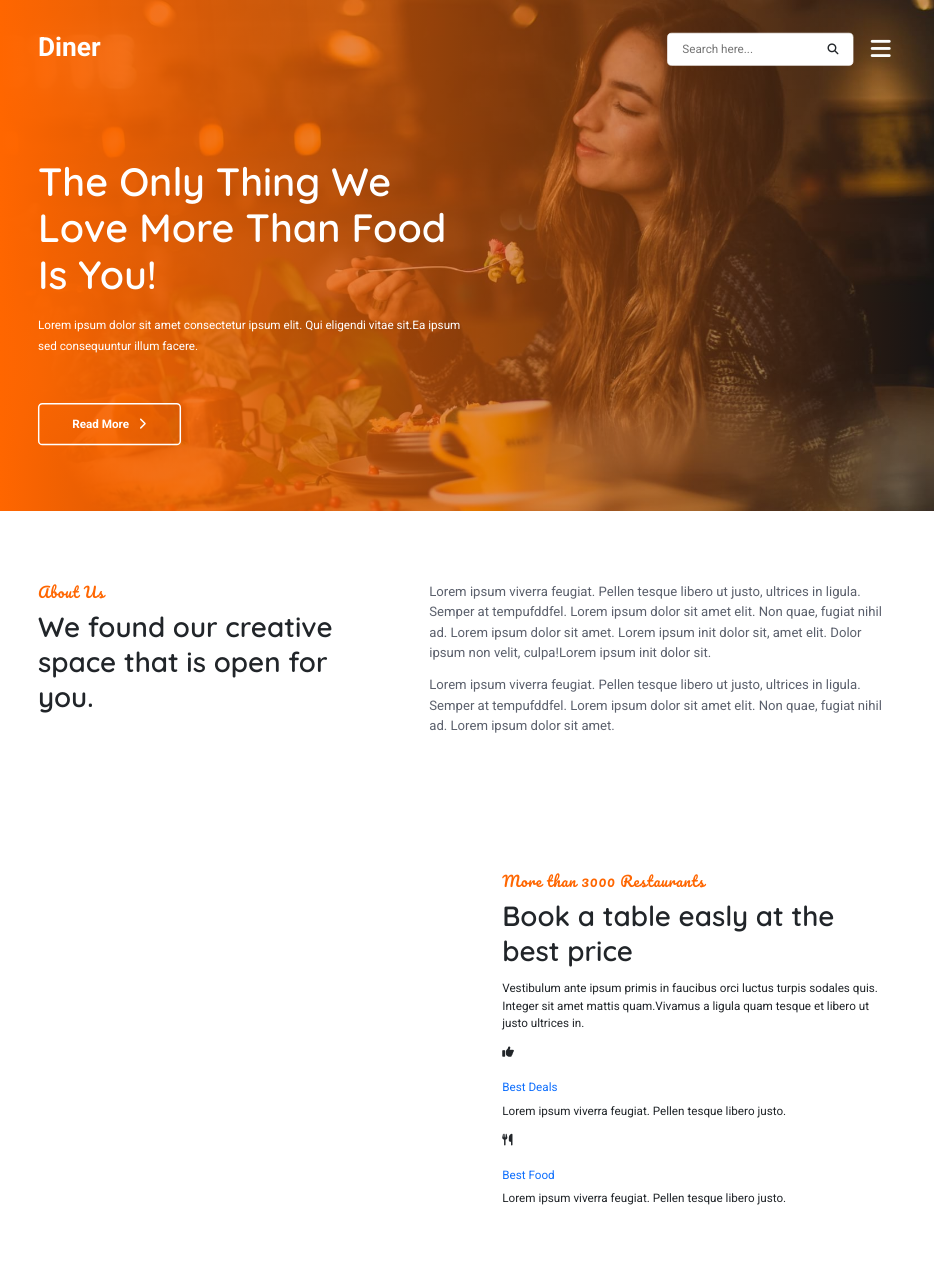
Repository: minhtrivu6199/Diner
Page: index.html
An editor plug-in stored every save of this project. The page is shown before and after the next save, followed by the edit.
The browser window is 1280 px wide. The pictures show the whole page, at 73% of full size.
Backgrounds fixed to the window are drawn as part of the page. The style sheet was rebuilt from its Sass, Less or Tailwind sources for each picture, by a compiler version that may differ from the author's.

Above is the page before, as saved 2022-10-10 15:47:09.

After the next save:
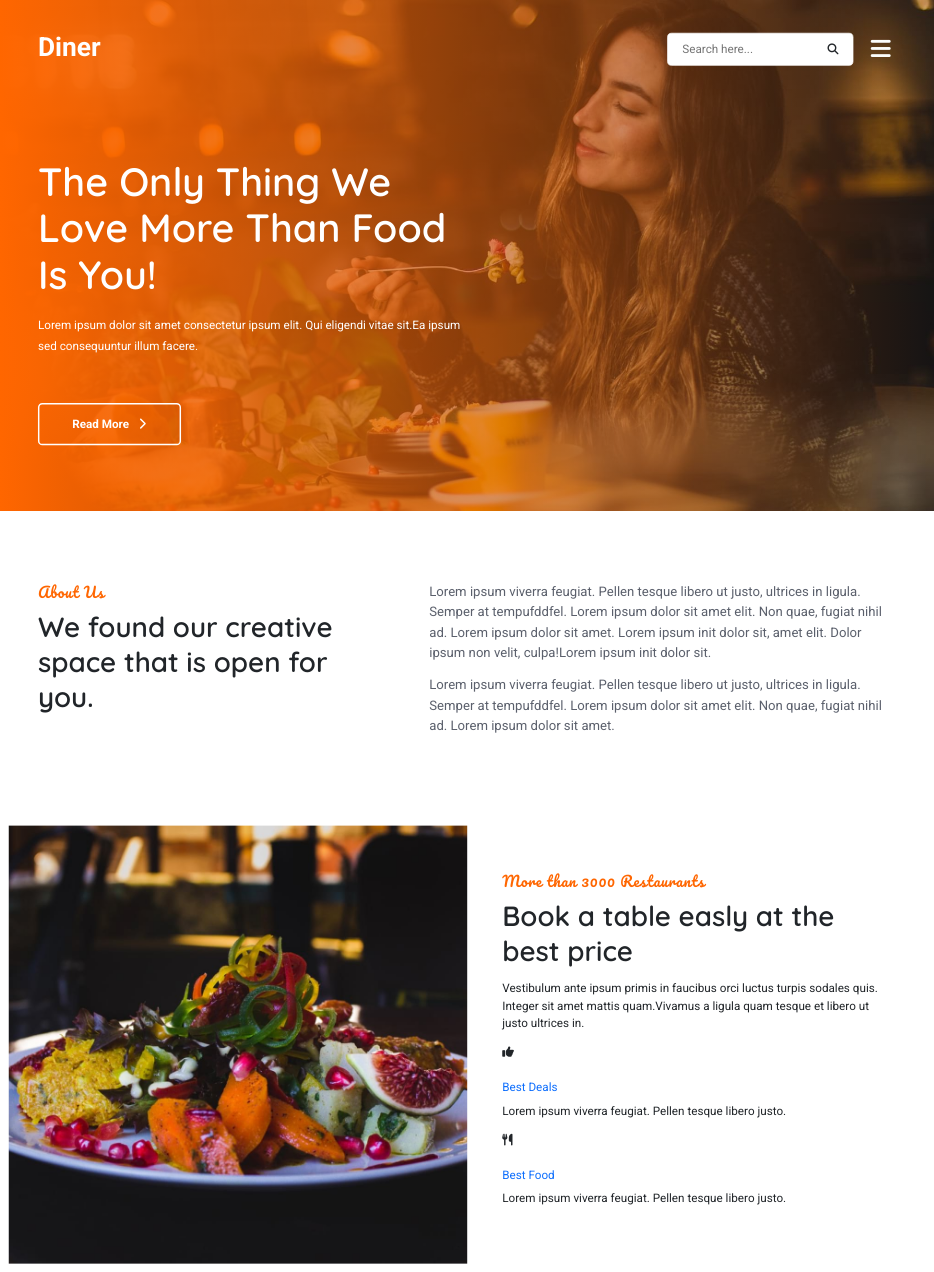
Saved 27 s later.
--- a/scss/style.scss
+++ b/scss/style.scss
@@ -118,7 +118,7 @@
 }
 
 .agent {
-    .agent.image {
+    .agent-image {
         background-image: url(../img/banner3.jpg);
         background-repeat: no-repeat;
         background-size: cover;
